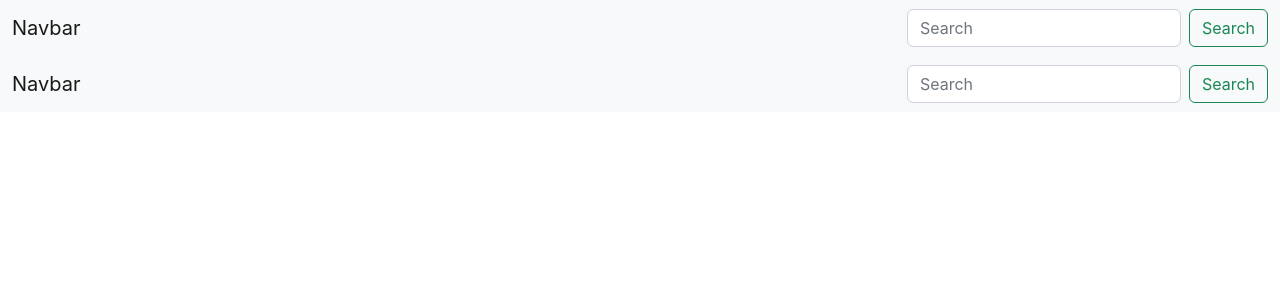
Repository: Sakshamccna/React
Page: /
The author's editor kept a copy of each file at every save. The page is drawn from the files as they stood at one save, then again after the next save.
The browser window is 1280 px wide. The pictures show the whole page.
The project was rebuilt for these pictures with package versions that can differ from the ones it lists, and the page was loaded fresh each time.

Above is the page before, as saved 2022-12-26 10:03:57.

### public/index.html
<!DOCTYPE html>
<html lang="en">

<head>
  <meta charset="utf-8" />
  <link rel="icon" href="%PUBLIC_URL%/favicon.ico" />
  <meta name="viewport" content="width=device-width, initial-scale=1" />
  <meta name="theme-color" content="#000000" />
  <meta name="description" content="Web site created using create-react-app" />
  <link rel="apple-touch-icon" href="%PUBLIC_URL%/logo192.png" />
  <!--
      manifest.json provides metadata used when your web app is installed on a
      user's mobile device or desktop. See https://developers.google.com/web/fundamentals/web-app-manifest/
    -->
  <link rel="manifest" href="%PUBLIC_URL%/manifest.json" />
  <link href="https://cdn.jsdelivr.net/npm/bootstrap@5.2.3/dist/css/bootstrap.min.css" rel="stylesheet"
    integrity="sha384-rbsA2VBKQhggwzxH7pPCaAqO46MgnOM80zW1RWuH61DGLwZJEdK2Kadq2F9CUG65" crossorigin="anonymous">
  <!--
      Notice the use of %PUBLIC_URL% in the tags above.
      It will be replaced with the URL of the `public` folder during the build.
      Only files inside the `public` folder can be referenced from the HTML.

      Unlike "/favicon.ico" or "favicon.ico", "%PUBLIC_URL%/favicon.ico" will
      work correctly both with client-side routing and a non-root public URL.
      Learn how to configure a non-root public URL by running `npm run build`.
    -->
  <title>React App</title>
</head>

<body>
  <noscript>You need to enable JavaScript to run this app.</noscript>
  <div id="root"></div>
  <!--
      This HTML file is a template.
      If you open it directly in the browser, you will see an empty page.

      You can add webfonts, meta tags, or analytics to this file.
      The build step will place the bundled scripts into the <body> tag.

      To begin the development, run `npm start` or `yarn start`.
      To create a production bundle, use `npm run build` or `yarn build`.
    -->
</body>
<script src="https://cdn.jsdelivr.net/npm/bootstrap@5.2.3/dist/js/bootstrap.bundle.min.js"
  integrity="sha384-kenU1KFdBIe4zVF0s0G1M5b4hcpxyD9F7jL+jjXkk+Q2h455rYXK/7HAuoJl+0I4" crossorigin="anonymous"></script>

</html>

### src/App.tsx
import React from 'react';
import logo from './logo.svg';
import './App.css';
import { BrowserRouter, Routes, Route } from 'react-router-dom';
import Headers from './Components/Headers';

import Footers from './Components/Footers';

function App() {
  return (
    <div className="App">
      <BrowserRouter>

        <Headers />
        <Footers />

      </BrowserRouter>



    </div >
  );
}

export default App;

### src/Components/Headers.tsx
import React from 'react'

function Headers() {
    return (
        <>
            <nav className="navbar sticky-top navbar-light bg-light">
                <div className="container-fluid">
                    <a className="navbar-brand">Navbar</a>
                    <form className="d-flex" role="search">
                        <input className="form-control me-2" type="search" placeholder="Search" aria-label="Search" />
                        <button className="btn btn-outline-success" type="submit">Search</button>
                    </form>
                </div>
            </nav>
        </>
    )
}

export default Headers

### src/Components/Footers.tsx
import React from 'react'

function Footers() {
    return (
        <div>
            <>
                <nav className="navbar sticky-top navbar-light bg-light">
                    <div className="container-fluid">
                        <a className="navbar-brand">Navbar</a>
                        <form className="d-flex" role="search">
                            <input className="form-control me-2" type="search" placeholder="Search" aria-label="Search" />
                            <button className="btn btn-outline-success" type="submit">Search</button>
                        </form>
                    </div>
                </nav>
            </>
        </div>
    )
}

export default Footers

Loaded but not shown: src/index.tsx (common file); src/index.css (common file); src/reportWebVitals.ts (common file); src/App.css (common file)

After the next save:
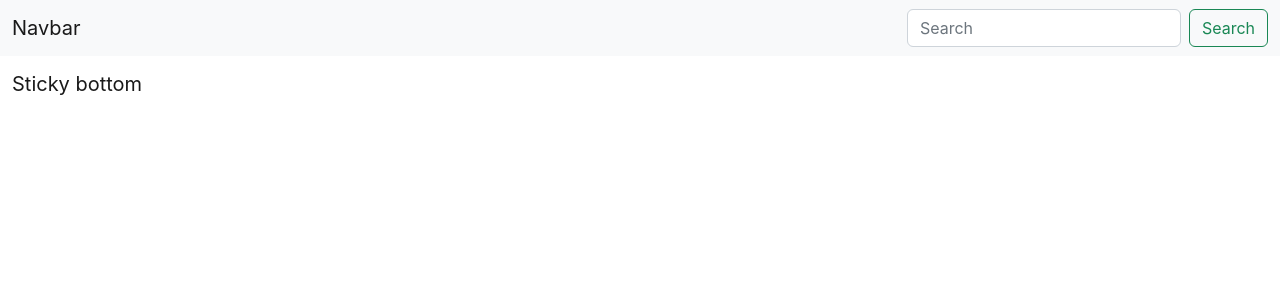
Saved 31 s later.
--- a/src/Components/Footers.tsx
+++ b/src/Components/Footers.tsx
@@ -4,13 +4,9 @@ function Footers() {
     return (
         <div>
             <>
-                <nav className="navbar sticky-top navbar-light bg-light">
+                <nav className="navbar sticky-bottom bg-body-tertiary">
                     <div className="container-fluid">
-                        <a className="navbar-brand">Navbar</a>
-                        <form className="d-flex" role="search">
-                            <input className="form-control me-2" type="search" placeholder="Search" aria-label="Search" />
-                            <button className="btn btn-outline-success" type="submit">Search</button>
-                        </form>
+                        <a className="navbar-brand" href="#">Sticky bottom</a>
                     </div>
                 </nav>
             </>
